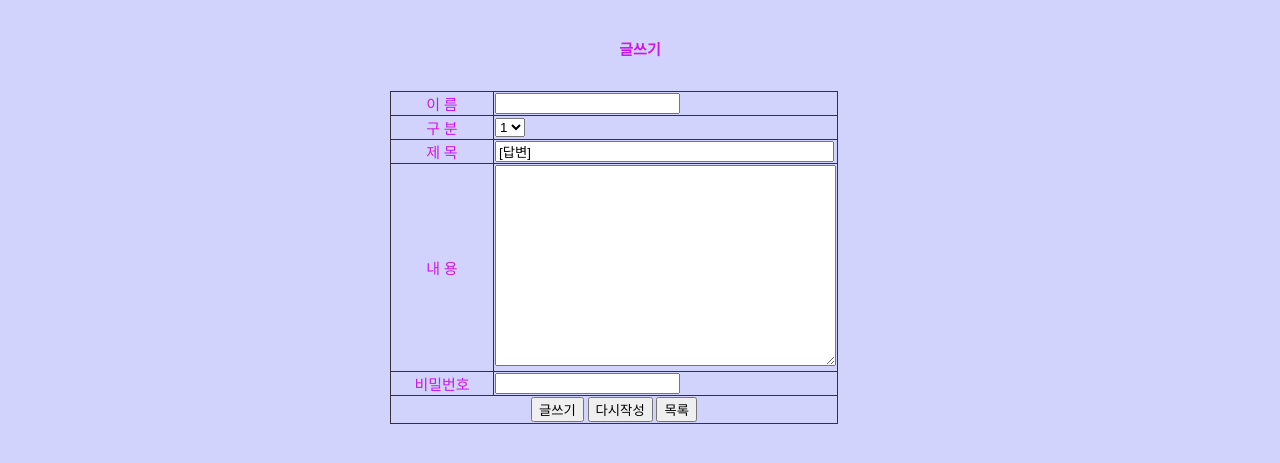
Repository: LouisKisaragi/BB-Bank
Page: http://localhost/freeboard/freeboard/writeForm.jsp
The author's editor kept a copy of each file at every save. The page is drawn from the files as they stood at one save, then again after the next save.
The browser window is 1280 px wide. The pictures show the whole page.
The page is served by Tomcat 9.

Above is the page before, as saved 2017-11-22 06:14:39.

After the next save:
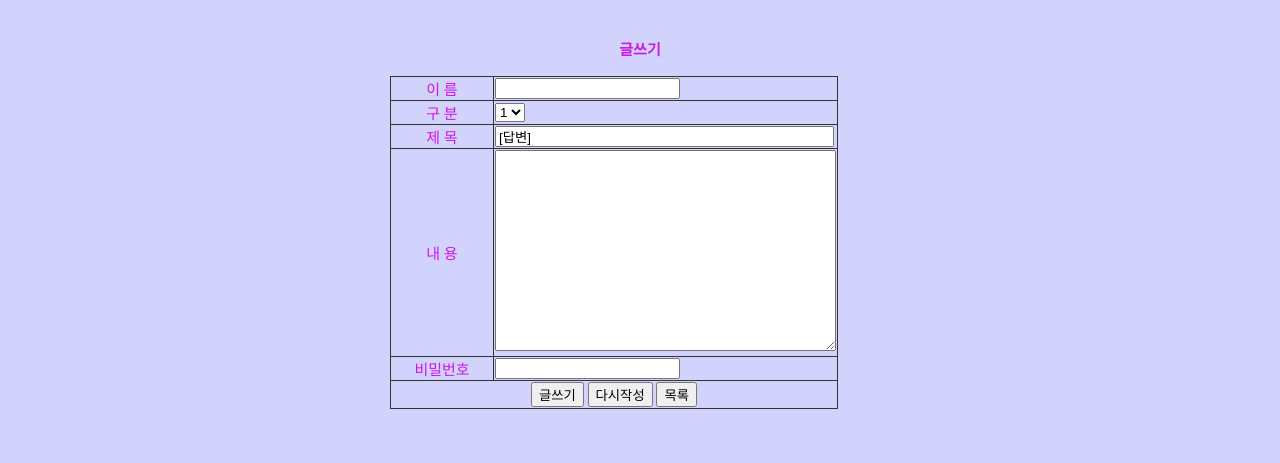
Saved 18 h 23 min later.
--- a/이득건/publicFree/workspace/freeboard/WebContent/freeboard/writeForm.jsp
+++ b/이득건/publicFree/workspace/freeboard/WebContent/freeboard/writeForm.jsp
@@ -23,7 +23,6 @@
 <input type="hidden" name="bn" value=4>
 
 
-<p>
 
 <table class="board">
 	<tr>
